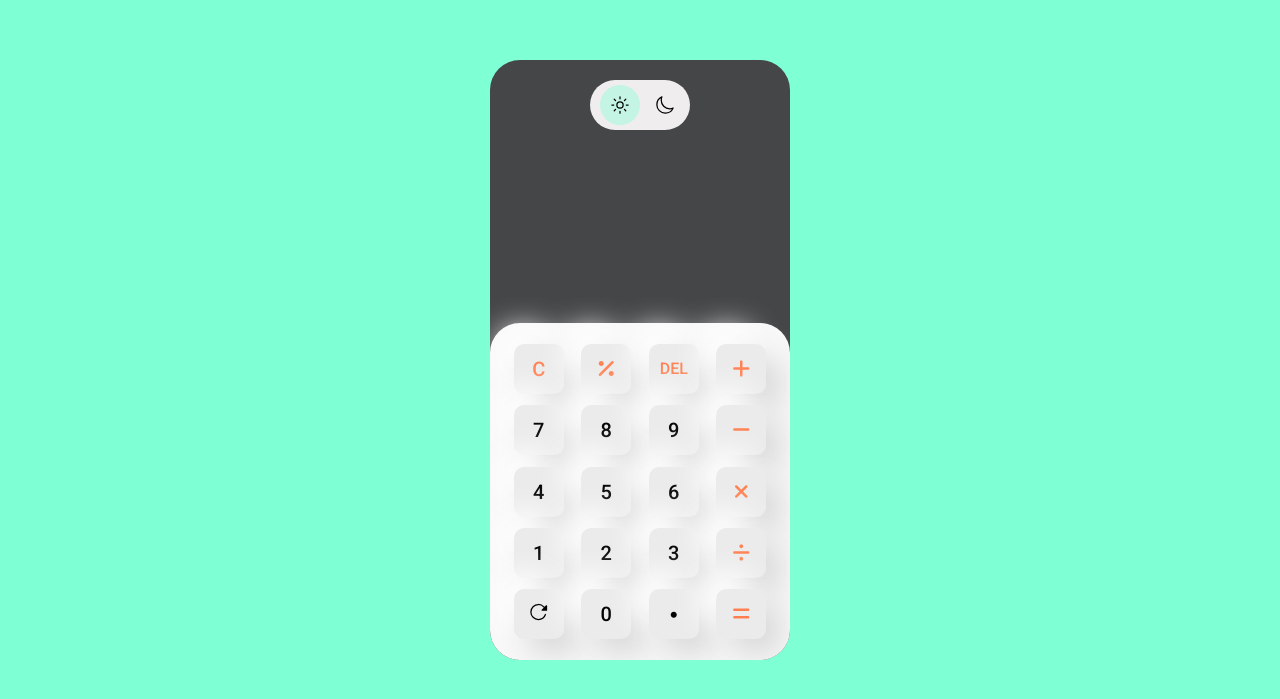
Repository: dinhtri123/caculator-app
Page: index.html
An editor plug-in stored every save of this project. The page is shown before and after the next save, followed by the edit.
The browser window is 1280 px wide. The pictures show the whole page.
After loading, the first visible `div.button-mode` was clicked once.

Above is the page before, as saved 2023-01-03 21:29:53.

After the next save:
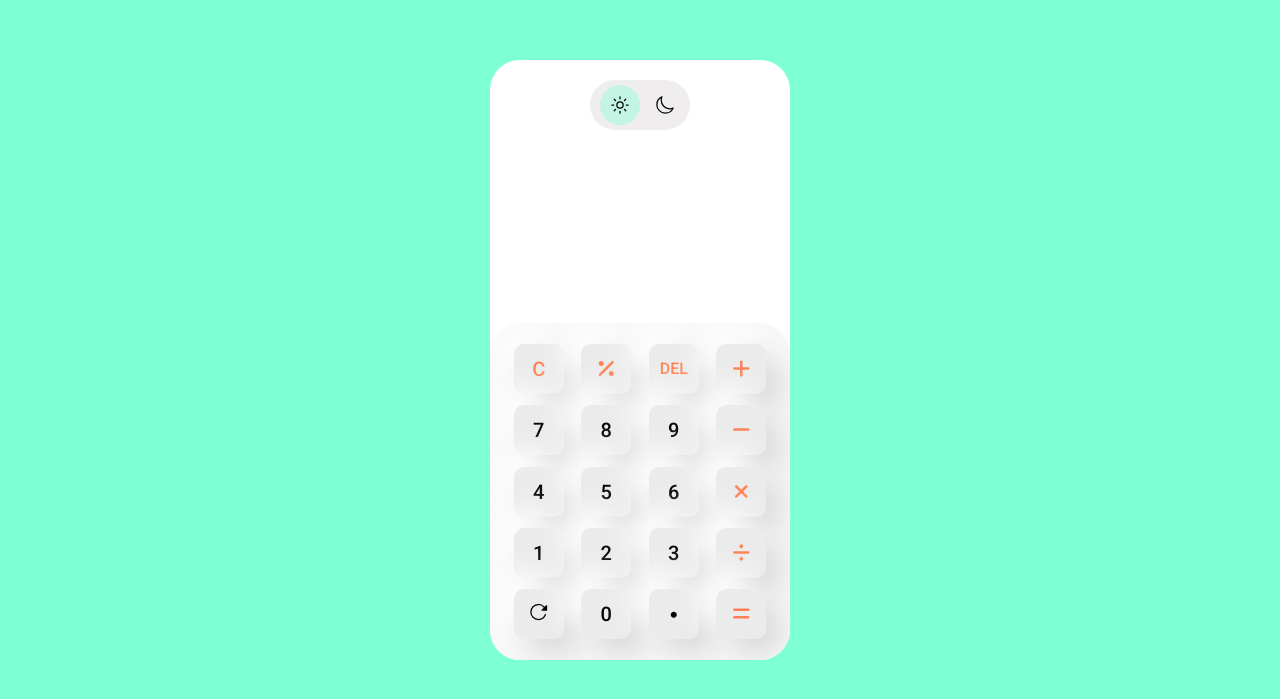
Saved 11 h 29 min later.
--- a/style.css
+++ b/style.css
@@ -27,15 +27,7 @@ body {
   position: relative;
   overflow: hidden;
 }
-.mode-light {
-  background-color: #2d2e2f;
-}
-.main-light {
-  background-color: #454648;
-}
-.mode-dark {
-  background-color: white;
-}
+
 
 .mode {
   position: absolute;
